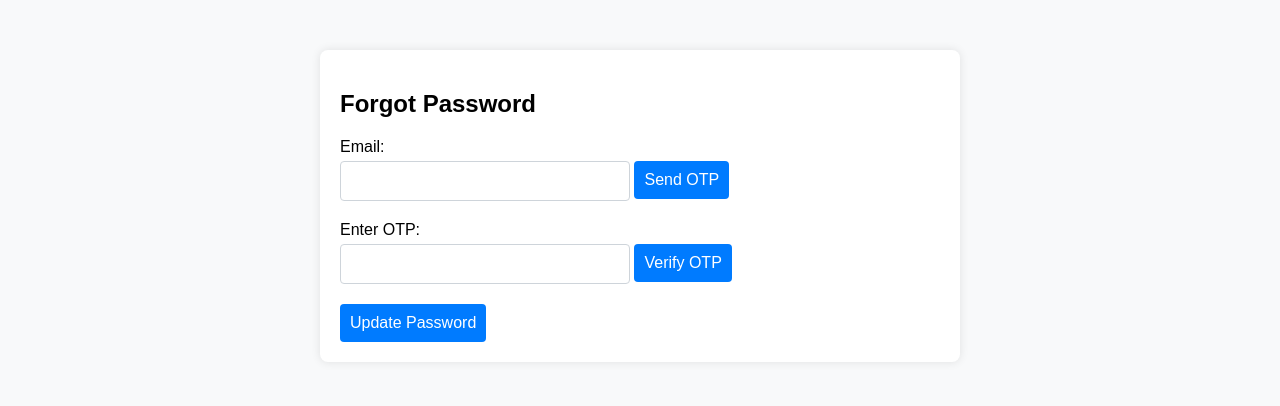
Repository: thatipallyvinod/AdvanceJava
Page: Gaming Project/src/main/webapp/psw.html
These files come from the project's save history. The page is drawn as it stood at one moment and after the next save; the edit follows.
The browser window is 1280 px wide. The pictures show the whole page.

Above is the page before, as saved 2024-03-18 16:43:18.

### Gaming Project/src/main/webapp/psw.html
<!DOCTYPE html>
<html lang="en">
<head>
    <meta charset="UTF-8">
    <meta name="viewport" content="width=device-width, initial-scale=1.0">
    <title>Forgot Password</title>
    <style>
        body {
            font-family: Arial, sans-serif;
            background-color: #f8f9fa;
        }
        .container {
            max-width: 600px;
            margin: auto;
            padding: 20px;
            background-color: #fff;
            border-radius: 8px;
            box-shadow: 0 0 10px rgba(0, 0, 0, 0.1);
            margin-top: 50px;
        }
        .form-group {
            margin-bottom: 20px;
        }
        .form-group label {
            display: block;
            margin-bottom: 5px;
        }
        .form-control {
            width: calc(50% - 10px);
            padding: 10px;
            font-size: 16px;
            border-radius: 4px;
            border: 1px solid #ced4da;
            display: inline-block;
            box-sizing: border-box;
            vertical-align: top;
        }
        .btn-primary {
            padding: 10px;
            font-size: 16px;
            color: #fff;
            background-color: #007bff;
            border: none;
            border-radius: 4px;
            cursor: pointer;
            display: inline-block;
            vertical-align: top;
        }
        .btn-primary:hover {
            background-color: #0056b3;
        }
        .alert {
            padding: 10px;
            margin-bottom: 20px;
            border-radius: 4px;
        }
        .alert-success {
            background-color: #d4edda;
            border-color: #c3e6cb;
            color: #155724;
        }
        .alert-danger {
            background-color: #f8d7da;
            border-color: #f5c6cb;
            color: #721c24;
        }
    </style>
</head>
<body>
    <div class="container">
        <h2 class="text-center">Forgot Password</h2>
        <form id="forgot-password-form">
            <div class="form-group">
                <label for="email">Email:</label>
                <input type="email" class="form-control" id="email" required>
              <button type="button" class="btn btn-primary" onclick="sendOTP()">Send OTP</button>
            </div>
            <div class="form-group">
                <label for="otp">Enter OTP:</label>
                <input type="text" class="form-control" id="otp" required>
                       <button type="button" class="btn btn-primary" onclick="verifyOTP()">Verify OTP</button>
            </div>
            <button type="button" class="btn btn-primary" onclick="updatePassword()">Update Password</button>
        </form>
        <div id="message" class="alert" style="display: none;"></div>
    </div>

    <script>
        function sendOTP() {
            // Implement logic to send OTP to the user's email address
            // For demonstration purposes, let's assume the OTP is sent successfully
            showMessage('OTP sent to your email.', 'success');
        }

        function verifyOTP() {
            // Implement logic to verify the entered OTP
            // For demonstration purposes, let's assume the OTP is verified successfully
            showMessage('OTP verified successfully.', 'success');
        }

        function updatePassword() {
            // Implement logic to update the user's password
            // For demonstration purposes, let's assume the password is updated successfully
            showMessage('Password updated successfully.', 'success');
        }

        function showMessage(message, type) {
            var messageElement = document.getElementById('message');
            messageElement.textContent = message;
            messageElement.className = 'alert alert-' + type;
            messageElement.style.display = 'block';
        }
    </script>
</body>
</html>

After the next save:
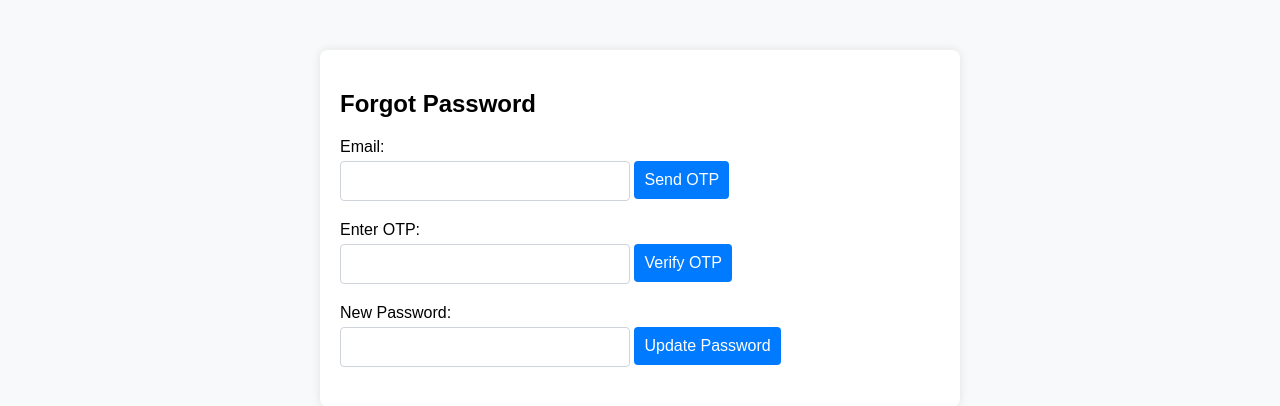
Saved 4 min 28 s later.
--- a/Gaming Project/src/main/webapp/psw.html
+++ b/Gaming Project/src/main/webapp/psw.html
@@ -73,14 +73,18 @@
             <div class="form-group">
                 <label for="email">Email:</label>
                 <input type="email" class="form-control" id="email" required>
-              <button type="button" class="btn btn-primary" onclick="sendOTP()">Send OTP</button>
+                <button type="button" class="btn btn-primary" onclick="sendOTP()">Send OTP</button>
             </div>
             <div class="form-group">
                 <label for="otp">Enter OTP:</label>
                 <input type="text" class="form-control" id="otp" required>
-                       <button type="button" class="btn btn-primary" onclick="verifyOTP()">Verify OTP</button>
+                <button type="button" class="btn btn-primary" onclick="verifyOTP()">Verify OTP</button>
             </div>
-            <button type="button" class="btn btn-primary" onclick="updatePassword()">Update Password</button>
+            <div class="form-group">
+                <label for="new-password">New Password:</label>
+                <input type="password" class="form-control" id="new-password" required>
+                <button type="button" class="btn btn-primary" onclick="updatePassword()">Update Password</button>
+            </div>
         </form>
         <div id="message" class="alert" style="display: none;"></div>
     </div>
